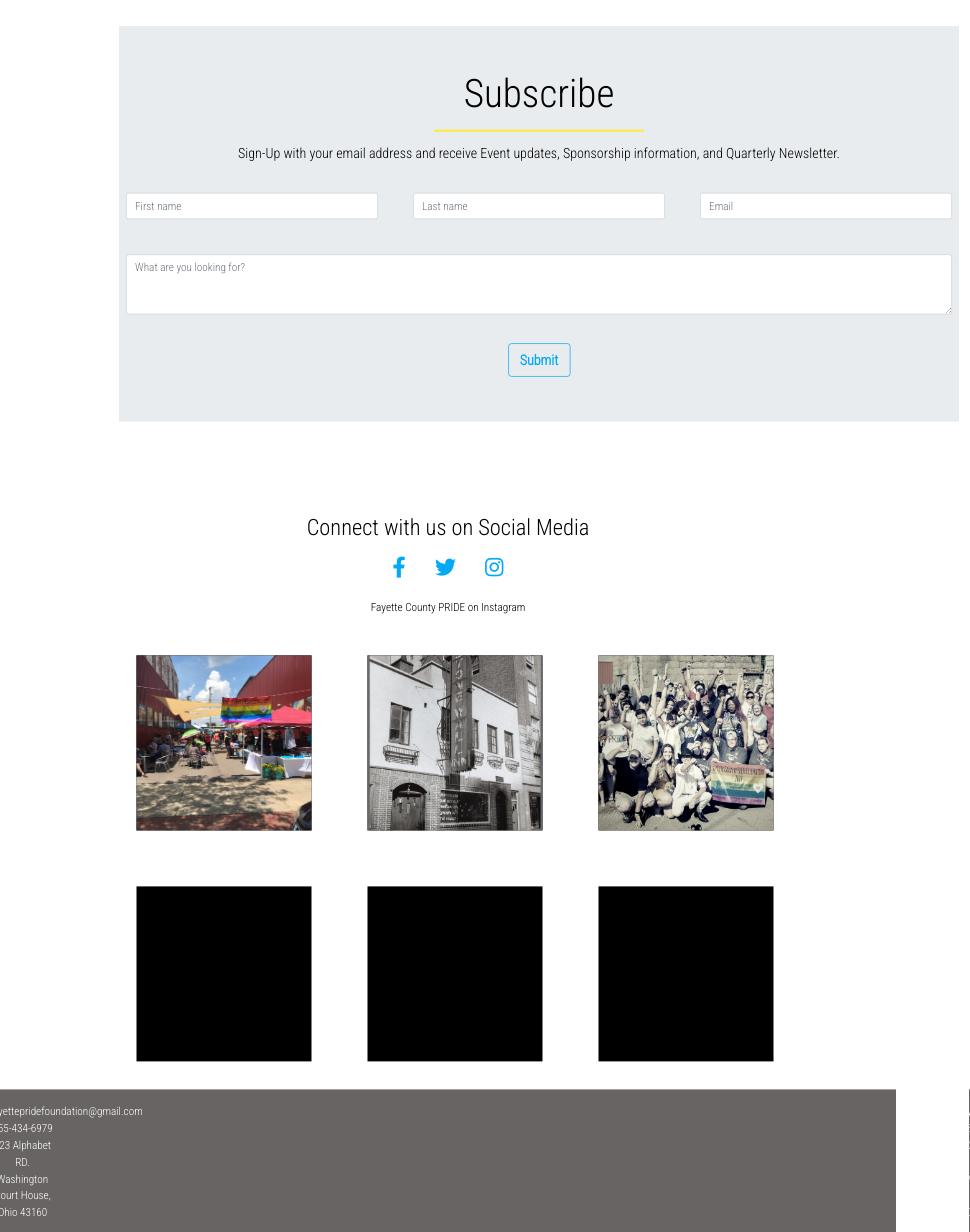
Repository: Code-Institute-Submissions/https-github.com-callendera-Milestone-Project-2
Page: index.html
The author's editor kept a record of every edit. The page is drawn from the files as they stood at one moment, then again after the next edit.
The browser window is 1280 px wide. The page is 1385 px wide, so the pictures cover 1385 px, including what lies to the right of the window. The pictures show the part of the page from y = 3486 to 5246 px (the page is 5246 px tall before and 5198 px after), at 70% of full size.
Backgrounds fixed to the window are drawn as part of the page. Some web libraries are served in a nearby version.

Above is the page before.

### index.html
<!DOCTYPE html>
<html lang="en">

<head>
    <meta charset="UTF-8">
    <meta name="viewport" content="width=device-width, initial-scale=1.0">
    <meta http-equiv="X-UA-Compatible" content="ie=edge">
    <title>Fayette County PRIDE</title>


    <link href="https://fonts.googleapis.com/css?family=Amatic+SC:700|Roboto+Condensed:300&display=swap" rel="stylesheet">

    <!--this code provides my Icons-->
    <link rel="stylesheet" href="https://use.fontawesome.com/releases/v5.8.1/css/all.css" integrity="sha384-50oBUHEmvpQ+1lW4y57PTFmhCaXp0ML5d60M1M7uH2+nqUivzIebhndOJK28anvf" crossorigin="anonymous">
    <!--this code allows me to use bootstrap styles and pieces of code-->
    <link rel="stylesheet" href="https://stackpath.bootstrapcdn.com/bootstrap/4.3.1/css/bootstrap.min.css" integrity="sha384-ggOyR0iXCbMQv3Xipma34MD+dH/1fQ784/j6cY/iJTQUOhcWr7x9JvoRxT2MZw1T" crossorigin="anonymous">

    <!--links to my style sheet: style.css-->
    <link rel="stylesheet" href="assets/css/style.css" type="text/css" />

</head>

<body>
    <!--NavBar-->

    <!--Navbar styles are given by the class names. and the navbar is fixed at the top to allow a better UX-->


    <nav class="navbar navbar-light my-navbar navbar-expand-sm fixed-top">
        <a class="navbar-brand my-navbar-brand" href="#">
    <img src="assets/images/logo.jpg" width="175" height="125" class="d-inline-block align-top" alt="Fayette County PRIDE logo">
  </a>

        <!--this code allows my navbar tp be compressed into a navbar toggler on smaller screen sizes-->
        <button class="navbar-toggler ml-auto my-navbar-toggler" type="button" data-toggle="collapse" data-target="#navbarNavDropdown" aria-controls="navbarNavDropdown" aria-expanded="false" aria-label="Toggle navigation">
            <span class="navbar-toggler-icon my-navbar-toggler-icon"></span></button>


        <!--this code targets the toggler-->
        <div class="collapse navbar-collapse" id="navbarNavDropdown">
            <!--these are my links to navigate you through the site-->
            <ul class="navbar-nav my-navbar-nav mr-auto justify-content-center">
                <li class="nav-item mr-2"><a class="nav-link my-nav-link" href="#subscribe">Sponsorship</a></li>
                <li class="nav-item mr-2"><a class="nav-link my-nav-link" href="#events">Events</a></li>
                <li class="nav-item mr-2"><a class="nav-link my-nav-link" href="//">Volunteer</a></li>
                <li class="nav-item mr-6"><a class="nav-link my-nav-link" href="#learn">Learn More</a></li>
            </ul>
            <!--This code blocks the button and text from being shown on small screens, but appears on larger screen sizes-->
            <div class="d-none d-lg-block">
                <!--gives the viewer the oportunity to become a sponsor while still browsing the site-->

                <a href="https://www.gofundme.com/f/fayette-county-pride-2019" target="_blank"><button type="button" class="btn btn-lg my-nav-btn btn-success my-btn">Donate</button></a>
            </div>
        </div>
    </nav>
    <!--navbar-->

    <!--CallOut-->
    <!-- this div allows for a full width container, spanning the entire width of the viewport.-->
    <div class="container-fluid">


        <!--holds the background picture for the landing page-->

        <div class="col-12 callout-container">




        </div>
        <!--callout-->

        <!--Involved-->
        <div class="row text-center involved-margin">

            <span class="border-top-0 rounded border involved-span">
                <div class="involved-padding">
                <h3>Volunteer</h3>
               <p>Get involved and join us in making history. Our work would not be possible without you. We rely on the passion and expertise of volunteers to make our vision a reality. </p> <a href="contact.html"><button type="button" class="btn btn-lg my-nav-btn btn-success my-involved-btn">Learn More</button></a>
                </div>
            </span>


            <div class="involved-div1 rounded-top float-right">
                <!--<img src="assets/images/rainbow.jpg" class="rounded-top float-right" alt="...">-->
            </div>

        </div>
        <div class="row text-center involved-margin">
            <div class="involved-div2 rounded-top float-left">
                <!--<img src="assets/images/vendors.jpg" class="rounded-top float-left" alt="...">-->
            </div>

            <span class="border-top-0 rounded border involved-span">
                <div class="involved-padding">
                <h3>Vendor Application</h3>
             <p>We are looking for locally sourced and community oriented vendors to help represent our foundation. Vendor applications are available in a PDF and online form. <button type="button" class="btn btn-lg my-nav-btn btn-success my-involved-btn" data-toggle="modal" data-target="#exampleModal">
  Learn More
</button>

                </div>
            </span>
        </div>
    </div>
    <div class="row text-center involved-margin">

        <span class="border-top-0 rounded border involved-span">
            <div class="involved-padding">
                <h3>Donate</h3>
                <p>Join us in building a better tomorrow. All donations and proceeds go to creating environments for our community to thrive. <a href="https://www.gofundme.com/f/fayette-county-pride-2019" target="_blank"><button type="button" class="btn btn-lg my-nav-btn btn-success my-involved-btn">Learn More</button></a></p>
                </div>
            </span>

        <div class="involved-div3 rounded-top float-right">
            <!--<img src="assets/images/holding.jpg" class="rounded-top float-right" alt="...">-->
        </div>

    </div>
    <div id="learn"></div>


    <div class="row text-center history-div">
        <div class="col-12 history-col">
            <h2>Making History, Advocating for Change.</h2>
            <hr class="my-block-divider">
            <p>Our work is grounded in social and economical equality for people of all walks of life. The LGBTQ+ community is increasingly marginalized and stiffled, and we are here to advocate for our community. </p>
        </div>
        <div class="col-12 group-image-div">

        </div>
    </div>
    <div id="events"></div>
    <div class="container event-container">
        <div class="text-center events-heading">
            <h2>Upcoming Events</h2>
            <hr class="my-block-divider">
        </div>
        <div class="col-12 my-timeline">
            <!--my-timeline-item is my class name to allow my own personal style for each timeline item. The date is then given in the dive tp allow the timeline to occur in order from earliest date to latest date-->
            <div class="timeline-item my-timeline-item" data-dates="Saturday 06 June 2020">
                <br>
                <h4>Fayette County PRIDE Festival</h4>
                <p>Salty Broads Patio. 216 E. Court Street Washington Court House, OH</p>

            </div>

            <!--my-timeline-item is my class name to allow my own personal style for each timeline item. The date is then given in the dive tp allow the timeline to occur in order from earliest date to latest date-->
            <div class="timeline-item my-timeline-item" data-dates="Saturday 27 June 2020">
                <br>
                <h4> LGBTQ+ Banquet</h4>
                <p>The Crown Room. 1801 Columbus Avenue Washington Court House, OH</p>
                <!--this button link allows the user to buy tickets when they see a concert they would like to attend.-->
                <a class="btn btn-sm my-btn" href="//" target="_blank">Buy Tickets!</a>

            </div>
        </div>
    </div>
    <div id="subscribe"></div>

    <div class="jumbotron jumbotron-fluid my-jumbotron text-center">
        <div class="container">
            <h1 class="display-4">Subscribe</h1>
            <hr class="my-block-divider">
            <p class="lead">Sign-Up with your email address and receive Event updates, Sponsorship information, and Quarterly Newsletter.</p>
        </div>
        <form>
            <div class="row">
                <div class="col-4 my-text-box">
                    <input type="text" class="form-control" placeholder="First name" required>
                </div>
                <div class="col-4 my-text-box">
                    <input type="text" class="form-control" placeholder="Last name" required>
                </div>
                <div class="col-4 my-text-box">
                    <input type="email" class="form-control" id="inputEmail3" placeholder="Email" required>
                </div>
                <div class="form-group col-12 my-text-box">

                    <textarea class="form-control" id="exampleFormControlTextarea1" placeholder="What are you looking for?" rows="3" required></textarea>
                </div>
                <div class="col-12">
                    <button type="submit" class="btn btn-lg btn-primary my-btn">Submit</button>
                </div>
            </div>
        </form>
    </div>

    <div class="col-12 social-container text-center">
        <h2 class="social-heading">Connect with us on Social Media</h2>

        <div>



            <!--all social media links are placed within a span to allow them to line up inline-->
            <ul class="list-inline social-media">
                <!--atrribute is given to make the social media symbol a link to the facebook page-->
                <li class="list-inline-item"><a href="https://www.facebook.com/fayettepridefoundation/" target="_blank"><i class="fab fa-facebook-f"></i>
                    <span class="sr-only">Facebook</span></a></li>
                <!--atrribute is given to make the social media symbol a link to the twitter page-->
                <li class="list-inline-item"><a href="https://twitter.com/FayettePride" target="_blank"><i class="fab fa-twitter"></i>
                    <span class="sr-only">Twitter</span></a></li>
                <!--atrribute is given to make the social media symbol a link to the youtube page-->
                <li class="list-inline-item"><a href="https://www.instagram.com/fayettepride/" target="_blank"><i class="fab fa-instagram"></i>
                    <span class="sr-only">Instagram</span></a></li>
            </ul>
        </div>
        <p>Fayette County PRIDE on Instagram</p>
        <div class="container insta-container">
            <div class="row">
                <a href="https://www.instagram.com/p/B1O3AlVhVUc/" target="_blank" class="insta-div insta1">
                    <div class="col-6 col-md-4">

                    </div>
                </a>
                <a href="https://www.instagram.com/p/B1O3ZXMhSEG/" target="_blank" class="insta-div insta2">
                    <div class="col-6 col-md-4 ">

                    </div>
                </a>
                <a href="https://www.instagram.com/p/B1O3WOABmyW/" target="_blank" class="insta-div insta3">
                    <div class="col-6 col-md-4 ">

                    </div>
                </a>
            </div>

            <div class="row">
                <a href="https://www.instagram.com/p/B1O3NzhhV18/" target="_blank" class="insta-div insta4">
                    <div class="col-6 col-md-4 ">

                    </div>
                </a>
                <a href="https://www.instagram.com/p/B1O28Z5hydU/" target="_blank" class="insta-div insta5">
                    <div class="col-6 col-md-4 ">

                    </div>
                </a>
                <a href="https://www.instagram.com/p/B1O3QQoh-PD/" target="_blank" class="insta-div insta6">
                    <div class="col-6 col-md-4 ">

                    </div>
                </a>
            </div>

        </div>

    </div>



    <!--involved-->

    <footer>
        <div class="row text-center">



            <!--entire section gives the user the info on how to contact the organization-->



            <div class="row contact-info">

            <div class="col-4">
                <p>fayettepridefoundation@gmail.com</br>
                    555-434-6979</br>
                    123 Alphabet RD. Washington Court House, Ohio 43160
                </p>
            </div>
            </div>





        </div>
    </footer>
    <!--contactinfo-->
    </div>
     <div class="modal fade" id="exampleModal" tabindex="-1" role="dialog" aria-labelledby="exampleModalLabel" aria-hidden="true">
        <div class="modal-dialog" role="document">
            <div class="modal-content">
                <div class="modal-header">
                    <h5 class="modal-title" id="exampleModalLabel">Vendors</h5>
                    <button type="button" class="close" data-dismiss="modal" aria-label="Close">
          <span aria-hidden="true">&times;</span>
        </button>
                </div>
                <div class="modal-body">
                    Please print Vendor Application PDF
                </div>
                <div class="modal-footer">
                    <button type="button" class="btn btn-secondary" data-dismiss="modal">Close</button>
                    <button type="button" class="btn btn-primary">Print PDF</button>
                </div>
            </div>
        </div>
    </div>
    <!--script used for DOM manipulation in modal-->
    <script src="https://code.jquery.com/jquery-3.3.1.slim.min.js" integrity="sha384-q8i/X+965DzO0rT7abK41JStQIAqVgRVzpbzo5smXKp4YfRvH+8abtTE1Pi6jizo" crossorigin="anonymous"></script>

    <!--positioning engine, used throughout webpage-->
    <script src="https://cdnjs.cloudflare.com/ajax/libs/popper.js/1.14.7/umd/popper.min.js" integrity="sha384-UO2eT0CpHqdSJQ6hJty5KVphtPhzWj9WO1clHTMGa3JDZwrnQq4sF86dIHNDz0W1" crossorigin="anonymous"></script>

    <!--script needed to link my bootstrap classes-->
    <script src="https://stackpath.bootstrapcdn.com/bootstrap/4.3.1/js/bootstrap.min.js" integrity="sha384-JjSmVgyd0p3pXB1rRibZUAYoIIy6OrQ6VrjIEaFf/nJGzIxFDsf4x0xIM+B07jRM" crossorigin="anonymous"></script>

    </div>

    <!-- Modal -->


</body>

</html>

Loaded but not shown: assets/css/style.css (521 lines, source omitted)

After the next edit:
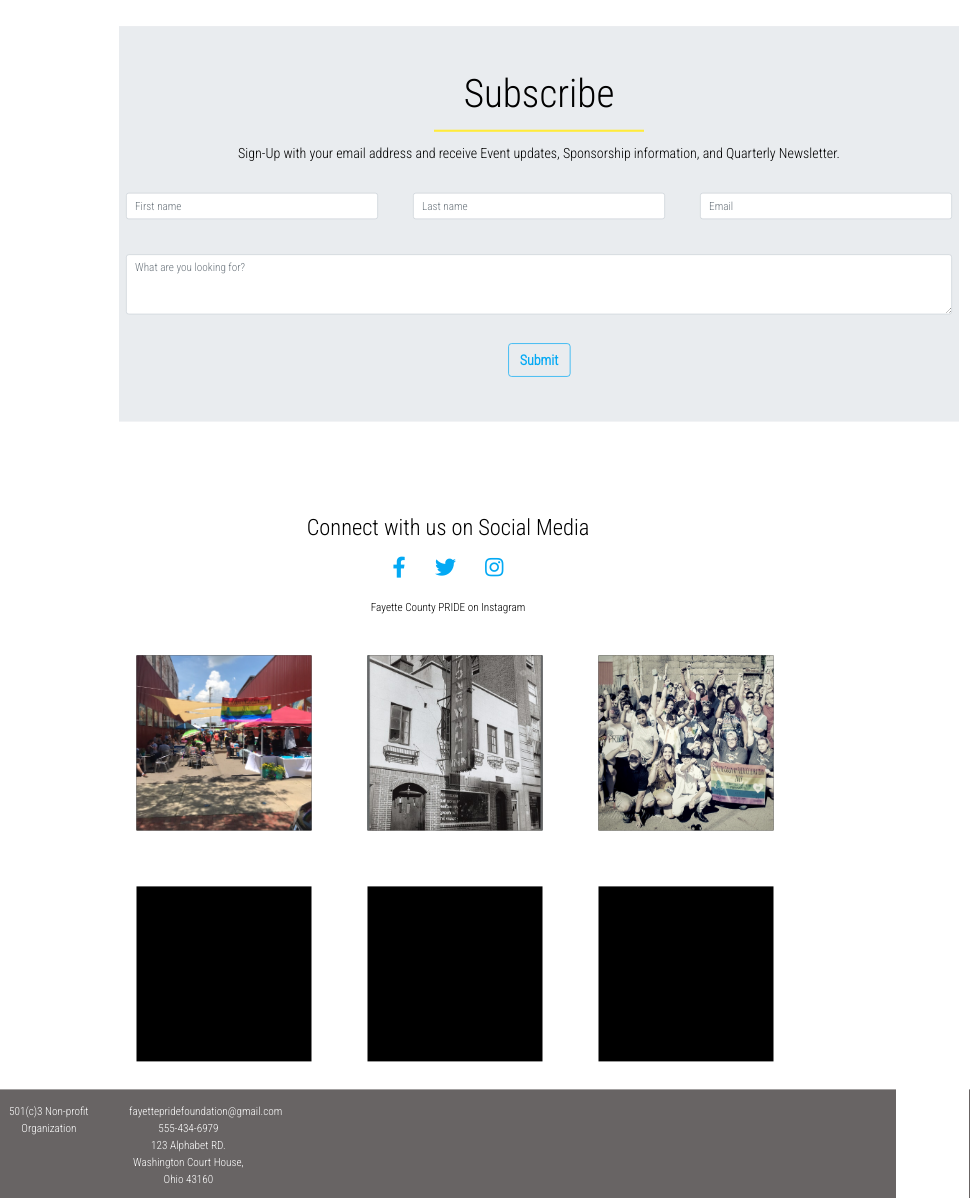
The edit:
--- a/index.html
+++ b/index.html
@@ -261,7 +261,9 @@
 
 
             <div class="row contact-info">
-
+            <div class="col-4">
+                <p>501(c)3 Non-profit Organization</p>
+            </div>
             <div class="col-4">
                 <p>fayettepridefoundation@gmail.com</br>
                     555-434-6979</br>
